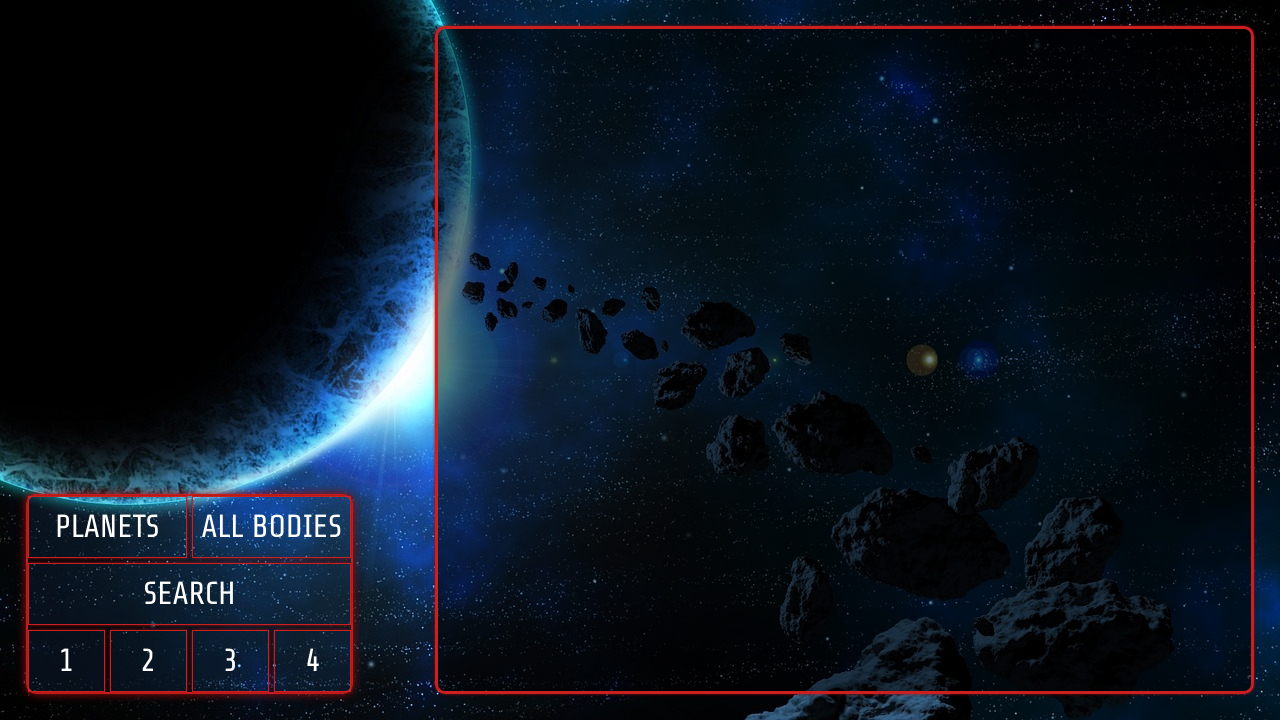
Repository: Przemek-Szadkowski/space-bodies
Page: /
These files come from the project's save history. The page is drawn as it stood at one moment and after the next save; the edit follows.
The browser window is 1280 px wide. The pictures show the whole page.
The page's requests for data from a server got no answer. The project was rebuilt for these pictures with package versions that can differ from the ones it lists, and the page was loaded fresh each time. No one was signed in, and anything a server would have sent is missing. Also part of the build but not shown: src/components/BodieRecord.js.

Above is the page before, as saved 2021-11-26 21:13:30.

After the next save:
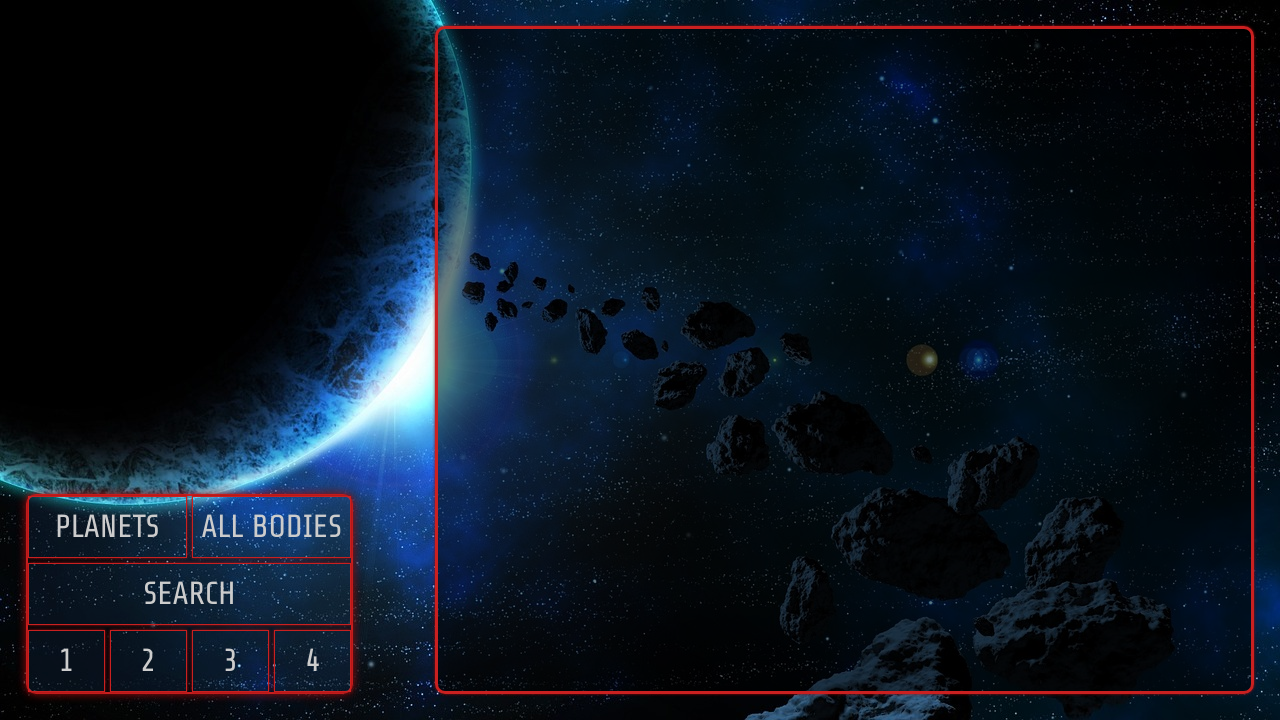
Saved 5 s later.
--- a/src/index.css
+++ b/src/index.css
@@ -50,7 +50,7 @@ main {
   height: 100%;
   width: 100%;
   /* color: rgba(202, 32, 32, 0.7); */
-  color: #fff;
+  color: #ccc;
   font-size: 2rem;
   border: 1px solid rgb(202, 32, 32);
   box-shadow: 0 0 3px rgb(155, 11, 11);
